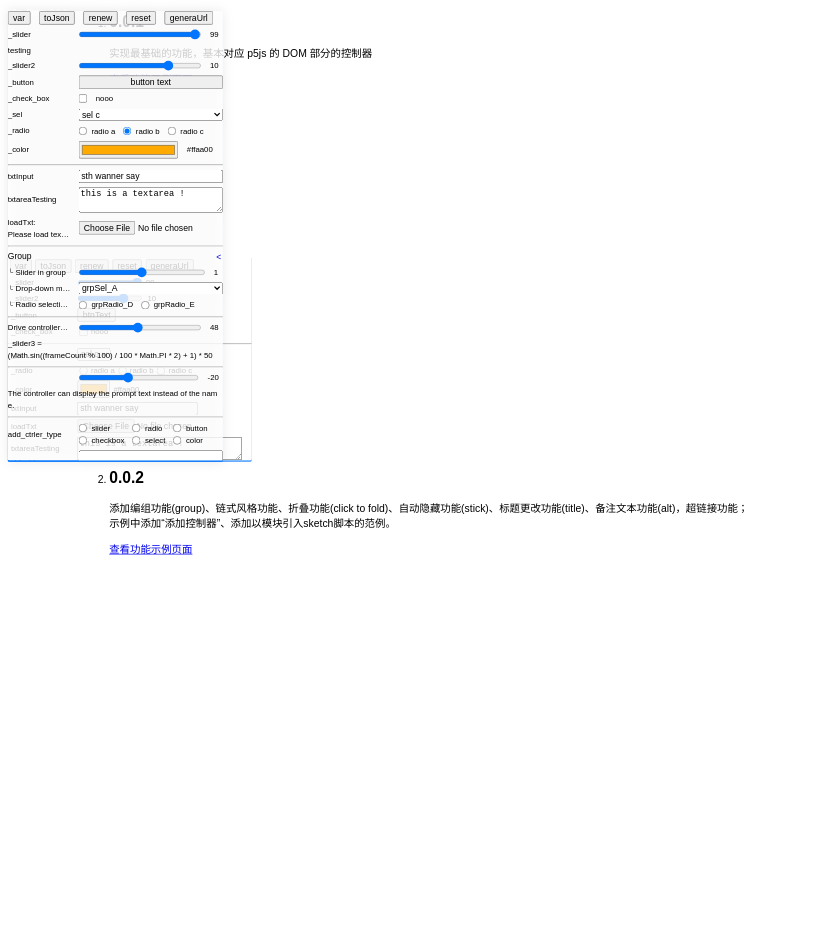
Repository: leizingyiu/P5JS_Configurator
Page: versions/index.html
The author's editor kept a copy of each file at every save. The page is drawn from the files as they stood at one save, then again after the next save.
The browser window is 1280 px wide. The pictures show the whole page, at 65% of full size.

Above is the page before, as saved 2023-11-06 17:41:29.

### versions/index.html
<!DOCTYPE html>
<html lang="en">

<head>
    <meta charset="UTF-8">
    <meta http-equiv="X-UA-Compatible" content="IE=edge">
    <meta name="viewport" content="width=device-width, initial-scale=1.0">
    <title>versions of p5js_ctrler - by leizingyiu </title>
    <script>
        mdtempletsPath = '../doc/mdTemplets/';
    </script>
</head>

<body>
    <ol id="versions">
    </ol>

    <script>
        const versions = {
            '0.0.1': {
                'title': '0.0.1',
                'p': '实现最基础的功能，基本对应 p5js 的 DOM 部分的控制器',
                'a': {
                    'text': '查看功能示例页面',
                    'link': './index_0.0.1.html'
                }
            },
            '0.0.2': {
                'title': '0.0.2',
                'p': '添加编组功能(group)、链式风格功能、折叠功能(click to fold)、自动隐藏功能(stick)、标题更改功能(title)、备注文本功能(alt)，超链接功能；\n 示例中添加“添加控制器”、添加以模块引入sketch脚本的范例。',
                'a': {
                    'text': '查看功能示例页面',
                    'link': './index_0.0.2.html'
                }
            },
        }

        const list = document.querySelector('ol#versions');
        let itemsOuterHTML = '';
        Object.keys(versions).map(k => {
            let item = document.createElement('li');
            let h2 = document.createElement('h2');
            let p = document.createElement('p');
            let a = document.createElement('a');
            let canvasContainer = document.createElement('div');
            h2.innerText = versions[k].title;
            p.innerText = versions[k].p;
            a.innerText = versions[k].a.text;
            a.href = versions[k].a.link;
            a.classList.add('link');
            canvasContainer.id = 'canvas' + k;
            canvasContainer.style.height = (Number(document.body.clientWidth) * 0.8 * (9 / 16)) + 'px';
            setTimeout(() => {
                import('./sketch_' + k + '.js').then(module => {
                    console.log(module);
                    new p5(module.sketch, document.getElementById('canvas' + k));

                });
            }, 100);
            [h2, p, a, canvasContainer].map(d => {
                item.appendChild(d);
            });
            itemsOuterHTML += item.outerHTML;
        });

        list.insertAdjacentHTML('afterbegin', itemsOuterHTML);
    </script>
    <style>
        body {
            margin: 0 auto;
            max-width: 80vw;
            font-family: sans-serif;
        }

        #versions a.link {
            display: block;
        }
    </style>
    <script src="../libraries/audioworklet-polyfill.js"></script>
    <script src="../libraries/p5.min.js"></script>
    <script src="../libraries/p5.sound.min.js"></script>

</body>

</html>

### libraries/audioworklet-polyfill.js
!function () { var e, t = []; function r(e) { var r = this, n = {}, i = -1; this.parameters.forEach(function (e, o) { var a = t[++i] || (t[i] = new Float32Array(r.bufferSize)); a.fill(e.value), n[o] = a }), this.processor.realm.exec("self.sampleRate=sampleRate=" + this.context.sampleRate + ";self.currentTime=currentTime=" + this.context.currentTime); var a = o(e.inputBuffer), s = o(e.outputBuffer); this.instance.process([a], [s], n) } function o(e) { for (var t = [], r = 0; r < e.numberOfChannels; r++)t[r] = e.getChannelData(r); return t } function n(e) { return e.$$processors || (e.$$processors = {}) } "function" == typeof AudioWorkletNode && "audioWorklet" in AudioContext.prototype || (self.AudioWorkletNode = function (t, o, i) { var a = n(t)[o], s = t.createScriptProcessor(void 0, 2, i && i.outputChannelCount ? i.outputChannelCount[0] : 2); if (s.parameters = new Map, a.properties) for (var u = 0; u < a.properties.length; u++) { var c = a.properties[u], l = t.createGain().gain; l.value = c.defaultValue, s.parameters.set(c.name, l) } var p = new MessageChannel; e = p.port2; var f = new a.Processor(i || {}); return e = null, s.port = p.port1, s.processor = a, s.instance = f, s.onaudioprocess = r, s }, Object.defineProperty((self.AudioContext || self.webkitAudioContext).prototype, "audioWorklet", { get: function () { return this.$$audioWorklet || (this.$$audioWorklet = new self.AudioWorklet(this)) } }), self.AudioWorklet = function () { function t(e) { this.$$context = e } return t.prototype.addModule = function (t, r) { var o = this; return fetch(t).then(function (e) { if (!e.ok) throw Error(e.status); return e.text() }).then(function (t) { var i = { sampleRate: o.$$context.sampleRate, currentTime: o.$$context.currentTime, AudioWorkletProcessor: function () { this.port = e }, registerProcessor: function (e, t) { n(o.$$context)[e] = { realm: a, context: i, Processor: t, properties: t.parameterDescriptors || [] } } }; i.self = i; var a = new function (e, t) { var r = document.createElement("iframe"); r.style.cssText = "position:absolute;left:0;top:-999px;width:1px;height:1px;", t.appendChild(r); var o = r.contentWindow, n = o.document, i = "var window,$hook"; for (var a in o) a in e || "eval" === a || (i += ",", i += a); for (var s in e) i += ",", i += s, i += "=self.", i += s; var u = n.createElement("script"); u.appendChild(n.createTextNode('function $hook(self,console) {"use strict";\n        ' + i + ";return function() {return eval(arguments[0])}}")), n.body.appendChild(u), this.exec = o.$hook.call(e, e, console) }(i, document.documentElement); return a.exec((r && r.transpile || String)(t)), null }) }, t }()) }();
//# sourceMappingURL : audioworklet-polyfill.js.map

### versions/sketch_0.0.1.js
// readmore: https://leizingyiu.github.io/p5js_Ctrler/index.html
// github:   https://github.com/leizingyiu/p5js_Ctrler
import { PC } from './PC_0.0.1.js';

var pc,
  txtFileContent = ["zh-CN", "zh-HK", "zh-MO", "zh-TW", "zh-SG"].indexOf(navigator.language) != -1 ?
    '请在 loadTxt 加载文本文件' :
    'Please load the text file in loadTxt',
  btnN = 0;
const sketch = p => {
  p.preload = function () {
    pc = new PC({
      displayBoo: true,
      updateWithUrlBoo: true,
      updateWithCookieBoo: true,
      autoHide: true
    }, p);
    const preset = {
      '_slider': 99,
      '_sel': 'sel c',
      '_radio': 'radio b',
      '_color': '#ffaa00'
    };

    pc.slider('_slider', 20, 0, 100, 1);
    pc.slider('_slider2', 10, -20, 20, 1, (e) => {
      console.log(e);
    });
    pc.button('_button', 'btnText', () => {
      btnN++;
      console.log('button clicked');
    });

    pc.checkbox('_check_box', false, ['yeees', 'nooo'], () => {
      console.log('box clicked');
    });
    pc.hr();
    pc.select('_sel', ['sel a', 'sel b', 'sel c'], () => { });
    pc.radio('_radio', ['radio a', 'radio b', 'radio c'], () => { });
    pc.color('_color', '#fff');
    pc.input('txtInput', 'sth wanner say');
    pc.fileinput('loadTxt', (e) => {
      console.log(e);
      console.log(this, this.value);
      console.log(e.data);
      txtFileContent = e.data;
      loadStrings(e.data, (arr) => {
        txtFileContent = arr.join('\n');
        console.log(txtFileContent);
      });
    });
    pc.textarea('txtareaTesting', 'this is a textarea ! ');
    pc.load(preset);
    pc.container.elt.querySelector('[id*="header"] p').innerText = pc.container.elt.querySelector('[id*="header"] p').innerText + '_0.0.1';
    pc.container.elt.querySelector('[id*="header"]').style.color = '#fff';
  }


  p.setup = function () {
    let cnv = p.createCanvas(p.windowWidth, p.windowHeight);
    let parent = cnv.elt.parentElement;
    p.resizeCanvas(parent.clientWidth, parent.clientHeight);
  }

  p.draw = function () {

    p.background(222);
    let varArr = ['_slider', '_slider2', '_button', '_check_box', '_sel', '_radio', '_color', 'txtInput', 'txtFileContent', 'txtareaTesting'];
    varArr.map((n, idx) => {
      n = 'p.' + n;
      let str;
      if (n == '_button') {
        str = n + ' : ' + btnN;
      } else {
        str = n + ' : ' + eval(n);
      }
      p.text(str, 20, 10 + 20 * (idx + 1), p.width - 20, p.height - 10 + 20 * (idx + 1));
      if (n == '_color') {
        p.push();
        p.fill(eval(n));
        p.rectMode(p.CENTER);
        p.rect(7 + p.textWidth('10') + p.textSize() + p.textWidth(str), 7 + 20 * (idx + 1) - p.textSize(), p.textSize(), p.textSize());
        p.pop();
      }
    });

    let t = `_slider = ${p._slider},
_slider2 = ${p._slider2},
_button = ${p._button},
_check_box = ${p._check_box},
_sel = ${p._sel},
_radio = ${p._radio},
_color = ${p._color},
txtInput = ${p.txtInput},
txt = ${p.txtFileContent},
txtareaTesting = ${p.txtareaTesting}
`;

    if (p.frameCount <= 1) {
      console.log(t);
    }
  }

  p.windowResized = function () {
    p.resizeCanvas(p.windowWidth, p.windowHeight);
  }

}

export { sketch }

### versions/sketch_0.0.2.js
// readmore: https://leizingyiu.github.io/p5js_Ctrler/index.html
// github:   https://github.com/leizingyiu/p5js_Ctrler

import { PC } from './PC_0.0.2.js';


let pc, grp, sld, btnN = 0, cnv, _slider3;
const language = ["zh-CN", "zh-HK", "zh-MO", "zh-TW", "zh-SG"].indexOf(navigator.language) != -1 ? 'cn' : 'en';
const contentText = {
  'cn': {
    "loadTxt": "loadTxt:\n请在这里加载文本文件",
    "txtFileContent": "请在 loadTxt 加载文本文件",
    "group": "编组",
    "grpSlider": "编组里面的滑块",
    "grpSelect": "编组里面的下拉菜单",
    "grpRadio": "编组里面的单选",
    "motionSlider": "用数值驱动控制器",
    "lorem": "控制器可不显示名称，而只显示提示文本。",
    "addCtrlerBtnTxt": "添加控制器",
    "addCtrlerAlt": "添加控制器，更改值，并在 devtool 的控制台中查看结果",
    "cnvPause": {
      'true': "点击底色\n暂停 draw() 程序",
      'false': "点击底色\n继续运行 draw() 程序"
    }
  },
  'en': {
    "loadTxt": "loadTxt:\nPlease load text file here",
    "txtFileContent": "Please load the text file in loadTxt",
    "group": "Group",
    "grpSlider": "Slider in group",
    "grpSelect": "Drop-down menu in group",
    "grpRadio": "Radio selection in group",
    "motionSlider": "Drive controllers with variables",
    "lorem": "The controller can display the prompt text instead of the name.",
    "addCtrlerBtnTxt": "add a ctrler",
    "addCtrlerAlt": "Add a controller, change the values, and view the results in the devtool's console",
    "cnvPause": {
      'true': "Click the background color \nto pause the draw() program",
      'false': "Click the background color \nto continue running the draw() program"
    }

  }
}[language];
let txtFileContent = contentText.txtFileContent;
const drawVariableArr = ['_slider', '_slider2', '_button', '_check_box', '_sel', '_radio', '_color', '', 'grpSlider', 'grpSelect', 'grpRadio', '', 'txtInput', 'txtareaTesting', 'txtFileContent'];

// const ballsObj = new Balls();

const sketch = p => {
  p.preload = function () {

    /** 初始化控制器 | Initialize the controller */
    pc = new PC({
      displayBoo: true,
      updateWithUrlBoo: true,
      updateWithCookieBoo: true,
      autoHideBoo: false,
      ctrler_width: 300
    }, p).title('p5js_ctrler 0.0.2');

    /** 控制器功能 | Controller Features */
    pc.slider('_slider', 20, 0, 100, 1).alt('testing');
    pc.slider('_slider2', 10, -20, 20, 1, (e) => {
      console.log(e);
    });
    pc.button('_button', 'button text', () => {
      btnN++;
      console.log('button clicked');
    });
    pc.checkbox('_check_box', false, ['yeees', 'nooo'], () => {
      console.log('box clicked');
    });
    pc.select('_sel', ['sel a', 'sel b', 'sel c'], () => { });
    pc.radio('_radio', ['radio a', 'radio b', 'radio c'], () => { });
    pc.color('_color', '#fff');


    pc.hr(`--------------------------------------------`);

    /** 输入框，文本框，以及文件输入 | Input boxes, text boxes, and file input */
    pc.input('txtInput', 'sth wanner say');
    pc.textarea('txtareaTesting', 'this is a textarea ! ');
    pc.fileinput('loadTxt', (e) => {
      console.log(this, this.value, e, e.data);
      txtFileContent = e.data;
      p.loadStrings(e.data, (arr) => {
        txtFileContent = arr.join('\n');
        console.log(txtFileContent);
      });
    }).displayName(contentText.loadTxt);


    /** 预设及加载 | Default and Load */
    let preset = {
      '_slider': 99,
      '_sel': 'sel c',
      '_radio': 'radio b',
      '_color': '#ffaa00'
    };
    pc.load(preset);


    pc.hr(`--------------------------------------------`);

    /** 编组功能 | Group Features */

    //声明式
    // grp = pc.group();
    // grp.displayName(contentText.group);
    // grp.slider('grpSlider', 1);
    // grp.select('grpSelect', ['grpSel_A', 'grpSel_B', 'grpSel_C']);
    // grp.radio('grpRadio', ['grpRadio_D', 'grpRadio_E']);

    //链式
    pc.group()
      .displayName(contentText.group)
      .slider('grpSlider', 1)
      .select('grpSelect', ['grpSel_A', 'grpSel_B', 'grpSel_C'])
      .radio('grpRadio', ['grpRadio_D', 'grpRadio_E']);


    [{
      'grpSlider': contentText.grpSlider
    },
    {
      'grpSelect': contentText.grpSelect
    },
    {
      'grpRadio': contentText.grpRadio
    }
    ].map(ar => {
      let k = Object.keys(ar)[0],
        v = ar[k];
      pc.displayName(k, v);
    })

    pc.hr(`============================================`);

    /** 将控制器声明到变量, 并且将控制器的数据声明到变量
     * Declare the controller to a variable, and declare the controller's data to a variable
     */
    var sld3 = pc.slider('_slider3', 20, 0, 100, 1);
    /* 声明控制器 ｜ declare controller */

    sld3.displayName(contentText.motionSlider).update(48);
    /** 控制器更改显示名称, 更改数值 | Controller change display name, change value*/

    console.table('sld3,_slider3'.split(',').map(str => [str, eval(str)]));
    /* 可通过变量直接修改控制器 | The controller can be modified directly via variables _slider3=100; */

    sld3.alt('_slider3 = \\A (Math.sin((frameCount % 100) / 100 * Math.PI * 2) + 1) * 50');
    /*添加控制器的提示说明文本 | Add the controller's tooltip description text*/

    pc.hr(`--------------------------------------------`);

    /** 链式调用方式
     * chain call
     */
    pc.slider()
      .displayName('')
      .range(-100, 100)
      .update(-20)
      .var('variableOfSlider')
      .alt(contentText.lorem);

    pc.hr(`--------------------------------------------`);

    /** 可以在 draw 函数运行的时候添加控制器
     * You can add controllers while the draw function is running
     */
    let typeParas = {
      'slider': 'name = "new_slider" , \ndefaultValue=233 , \nmin=0 , \nmax=1000 , \nprecision=1 ',

      'radio': 'name = "new_radio" , \noptions = [ "val1" , "val2" ] ',

      'button': 'name = "new_button", \nbuttonText="a new button" ',

      'checkbox': 'name = "new_checkbox", \ndefaultValue= true , \n labelText = ["true!", "false?"] ',

      'select': 'name = "new_select", \noptions = ["select option 1", "select option 2", "select option 3"]  ',

      'color': 'name = "new_color", \ndefaultVal="#FFF" ',
    }
    pc.radio('add_ctrler_type', ['slider', 'radio', 'button', 'checkbox', 'select', 'color'], (e) => {
      let type = e.target.value;
      add_ctrler_para = typeParas[type];
    });
    pc.textarea('add_ctrler_para');
    pc.update('add_ctrler_para', typeParas[add_ctrler_type]);
    pc.button('add_ctrler', contentText.addCtrlerBtnTxt, () => {
      let fnTxt = 'pc.' + add_ctrler_type + '(' + add_ctrler_para + ', \n()=>{console.log(name+" : "+pc.getCtrlerVal(name))})';
      let fn = new Function(fnTxt);
      console.log('create a new ctrler by code test: \n___\n' + fnTxt + '\n---\n', fn);
      fn();
    }).alt(contentText.addCtrlerAlt);

    pc.title('p5js_Ctrler_0.0.2');
  }

  p.setup = function () {
    cnv = p.createCanvas(document.body.clientWidth, document.body.clientWidth / 16 * 9);
    cnv.mouseClicked(() => {
      if (p.isLooping()) {
        p.noLoop()
      } else {
        p.loop();
      }
    });

    p.loadReadmeDocIntoPage();

    document.addEventListener('onpagehide', () => {
      p.noLoop();
    });
    document.addEventListener('onpageshow', () => {
      p.loop();
    });
  }

  p.draw = function () {
    const margin = 20;
    _slider3 = (Math.sin((p.frameCount % 100) / 100 * Math.PI * 2) + 1) * 50;

    p.background(222);

    //在画布上显示控制器数据内容 ｜ Display controller data content on canvas
    drawVariableArr.map((n, idx) => {
      let str;
      if (n == '') {
        p.text('----------------------', 20, 10 + 20 * (idx + 1), p.width - 20, p.height - 10 + 20 * (idx + 1));
        return
      }

      if (n == '_button') {
        str = n + ' : ' + btnN;
      } else {
        str = n + ' : ' + eval(n);
      }

      p.text(str, margin, 10 + 20 * (idx + 1), p.width - margin, p.height - 10 + 20 * (idx + 1));
      if (n == '_color' || n == '_color2') {
        p.push();
        p.fill(eval(n));
        p.rectMode(p.CENTER);
        p.rect(7 + p.textWidth('10') + p.textSize() + p.textWidth(str), 7 + 20 * (idx + 2) - p.textSize(), p.textSize(), p.textSize());
        p.pop();
      }
    });

    // 启动时console控制器的初始化数据，然后 移动控制器到画布内容旁边
    // Display the controller's initialization data on startup, then move the controller next to the canvas content
    if (p.frameCount <= 1) {
      const consoleCode = drawVariableArr.map(v => Boolean(v) ? v : '').map(v => !v.match(/\S/) ? v : `${v} = \${${v}} ,\t// => ${eval(v)}`).join('\n');
      console.log(consoleCode.split('\n')
        .map((s, idx, ar) => {
          let ls = ar.map(ar_s => ar_s.match(/\S/) ? ar_s.match(/[^\t]+/)[0].length : 0),
            l = ls[idx],
            max = Math.max(...ls);
          let num = Math.ceil((max - l) / 4) + 1;
          let txt = s.replace(/\t/, [...new Array(num)].map(_ => '\t').join(''));
          return txt;
        })
        .join('\n')
      );

      if (p.width >= 1280 && p.width > p.height) {
        const initializationText = drawVariableArr.map(n => n + ' : ' + eval(n)).sort((a, b) => p.textWidth(b) - p.textWidth(a))[0];
        const textWidthOfInitTxt = p.textWidth(initializationText);
        pc.mainContainer.position(60 + textWidthOfInitTxt, 30, 'absolute');
        pc.mainContainer.elt.style.bottom = 'unset';
      }
    }

    { // 绘制背景提示文字 | Draw background prompt text
      p.push();
      let fSize = 128;
      const bgTxt = contentText.cnvPause[p.isLooping()];
      p.fill(168);
      p.rectMode(p.CENTER);
      p.textAlign(p.CENTER, p.CENTER);
      p.textStyle("light");
      p.textSize(fSize);
      const tWidth = p.textWidth(bgTxt);
      fSize = tWidth > p.width * 0.5 ? fSize * p.width / tWidth * 0.8 : fSize;
      fSize = fSize < 24 ? 24 : fSize;
      p.textSize(fSize);
      p.text(bgTxt, p.width / 2, p.height / 2);
      p.pop();
    }


    {
      p.text('fps: ' + Number(p.frameRate()).toFixed(0), margin, p.height - margin);
    }
  }

  // p.windowResized = function () {
  //   p.resizeCanvas(p.windowWidth, p.windowHeight);
  // }

  p.loadReadmeDocIntoPage = function () {
    // loadReadmeFile();
    if (p.height > p.width) {
      pc.mainContainer.elt.setAttribute("stick", "bottom right");
    }
    // p.resizeCanvas(document.body.clientWidth, p.windowHeight);
  }
};

export {
  sketch
};

Loaded but not shown: libraries/p5.min.js (library); libraries/p5.sound.min.js (library); versions/PC_0.0.2.js (2338 lines, source omitted); versions/PC_0.0.1.js (1175 lines, source omitted)

After the next save:
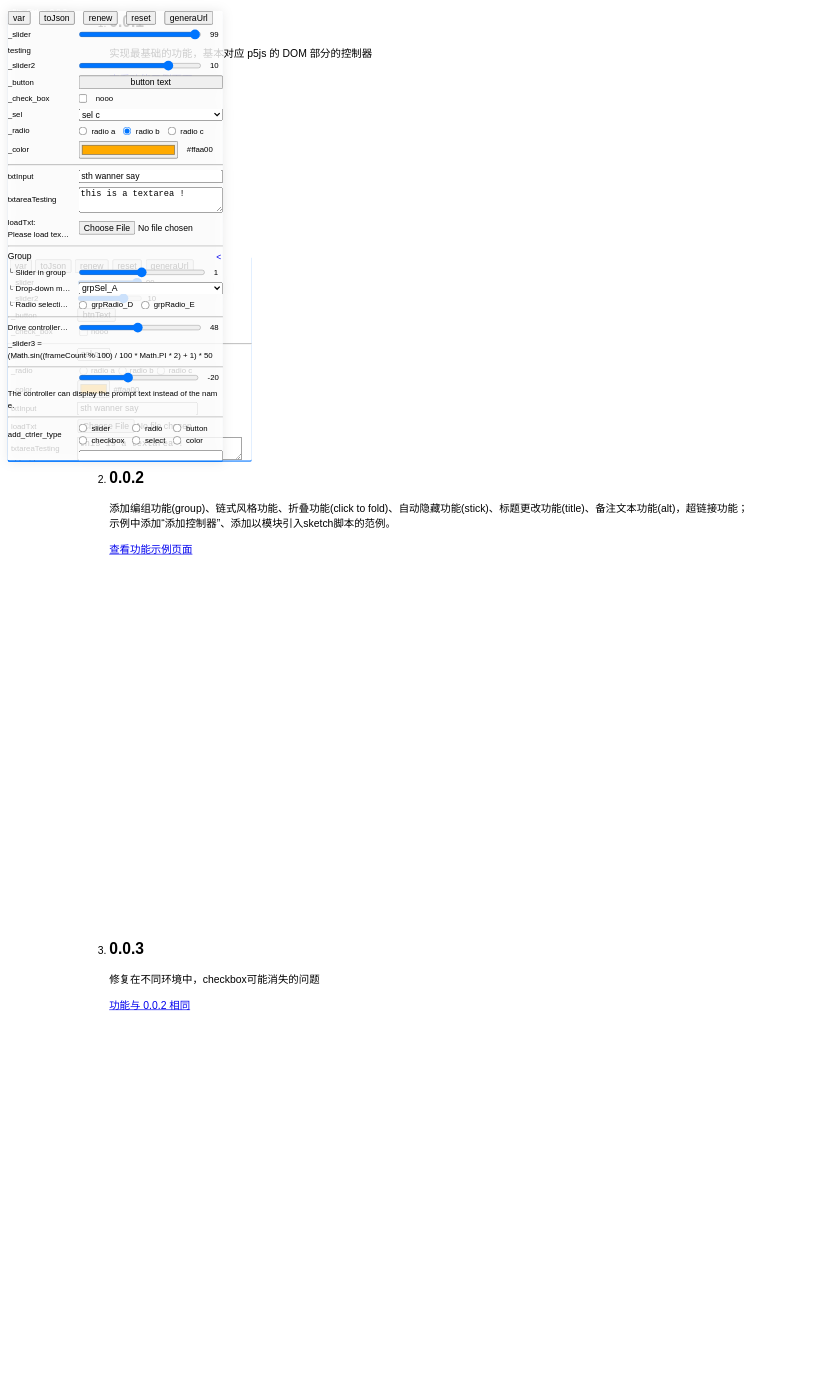
Not found: versions/sketch_0.0.3.js
Saved 15 s later.
--- a/versions/index.html
+++ b/versions/index.html
@@ -31,6 +31,14 @@
                 'a': {
                     'text': '查看功能示例页面',
                     'link': './index_0.0.2.html'
+                }
+            },
+            '0.0.3': {
+                'title': '0.0.3',
+                'p': '修复在不同环境中，checkbox可能消失的问题',
+                'a': {
+                    'text': '功能与 0.0.2 相同',
+                    'link': './index_0.0.3.html'
                 }
             },
         }
